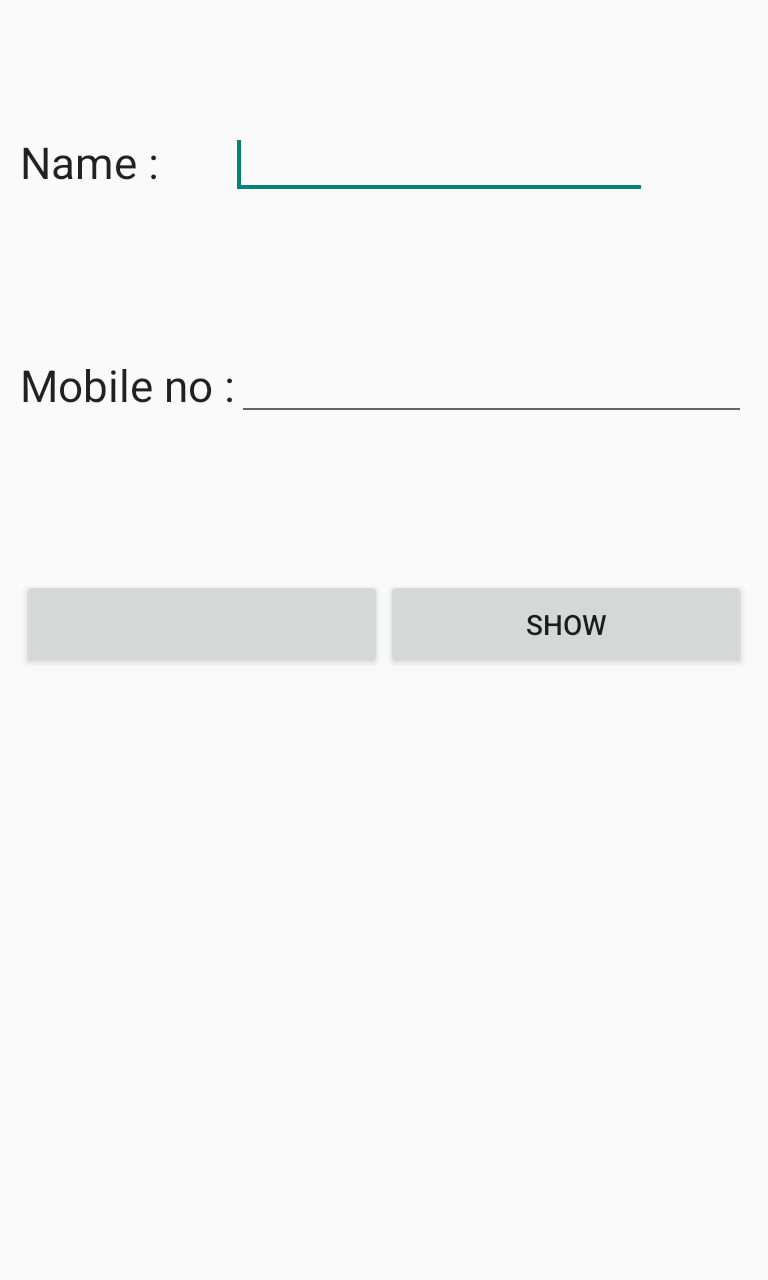
Repository: rajeshmule/Android-Data-Storage-Option
Layout: SharedPreference/res/layout/activity_main2.xml
An editor plug-in stored every save of this project. The layout is shown before and after the next save, followed by the edit.
It is drawn on a 768 x 1280 px phone screen (xhdpi) without system bars, with theme AppTheme; the app's code is not run.

Above is the layout before, as saved 2014-08-22 16:27:28.

### SharedPreference/res/layout/activity_main2.xml
<LinearLayout xmlns:android="http://schemas.android.com/apk/res/android"
    xmlns:tools="http://schemas.android.com/tools"
    android:id="@+id/container"
    android:layout_width="match_parent"
    android:layout_height="match_parent"
    android:orientation="vertical"
    tools:context="com.rajesh.sharedpreference.Main2Activity"
     >

    <LinearLayout
        android:layout_width="wrap_content"
        android:layout_height="wrap_content"
        android:layout_marginBottom="35dp"
        android:layout_marginLeft="10dp"
        android:layout_marginRight="10dp"
        android:layout_marginTop="60dp"
        android:orientation="horizontal" >

        <TextView
            android:id="@+id/textView1"
            android:layout_width="wrap_content"
            android:layout_height="wrap_content"
            android:text="@string/name_fix"
            android:textAppearance="?android:attr/textAppearanceLarge" />

        <EditText
            android:id="@+id/editText1"
            android:layout_width="0dp"
            android:layout_height="wrap_content"
            android:layout_marginLeft="35dp"
            android:layout_weight="1"
            android:ems="10"
            android:inputType="textPersonName" >

            <requestFocus />
        </EditText>
    </LinearLayout>

    <LinearLayout
        android:layout_width="match_parent"
        android:layout_height="wrap_content"
        android:layout_marginBottom="35dp"
        android:layout_marginLeft="10dp"
        android:layout_marginRight="10dp"
        android:layout_marginTop="35dp" >

        <TextView
            android:id="@+id/textView2"
            android:layout_width="wrap_content"
            android:layout_height="wrap_content"
            android:text="@string/Mobile_no_fix"
            android:textAppearance="?android:attr/textAppearanceLarge" />

        <EditText
            android:id="@+id/editText2"
            android:layout_width="0dp"
            android:layout_height="wrap_content"
            android:layout_weight="1"
            android:ems="10"
            android:inputType="number" />
    </LinearLayout>

    <LinearLayout
        android:layout_width="match_parent"
        android:layout_height="wrap_content"
        android:layout_marginLeft="10dp"
        android:layout_marginRight="10dp"
        android:layout_marginTop="40dp" >

        <Button
            android:id="@+id/button1"
            android:layout_width="0dp"
            android:layout_height="wrap_content"
            android:layout_weight="1"
            />

        <Button
            android:id="@+id/button2"
            android:layout_width="0dp"
            android:layout_height="wrap_content"
            android:layout_weight="1"
            android:text="@string/View_fix" />
    </LinearLayout>

</LinearLayout>

### SharedPreference/res/values/strings.xml
<?xml version="1.0" encoding="utf-8"?>
<resources>

    <string name="app_name">Shared Preference</string>
    <string name="hello_world">Hello world!</string>
    <string name="action_settings">Settings</string>
    <string name="title_activity_main2">Main2Activity</string>
    <string name="name_fix">Name :</string>
    <string name="Mobile_no_fix">Mobile no :</string>
    <string name="Save_fix">Save</string>
    <string name="View_fix">Show</string>

</resources>

Loaded but not shown: SharedPreference/res/values/styles.xml (common file); SharedPreference/res/values-v11/styles.xml (common file); SharedPreference/res/values-v14/styles.xml (common file)

After the next save:
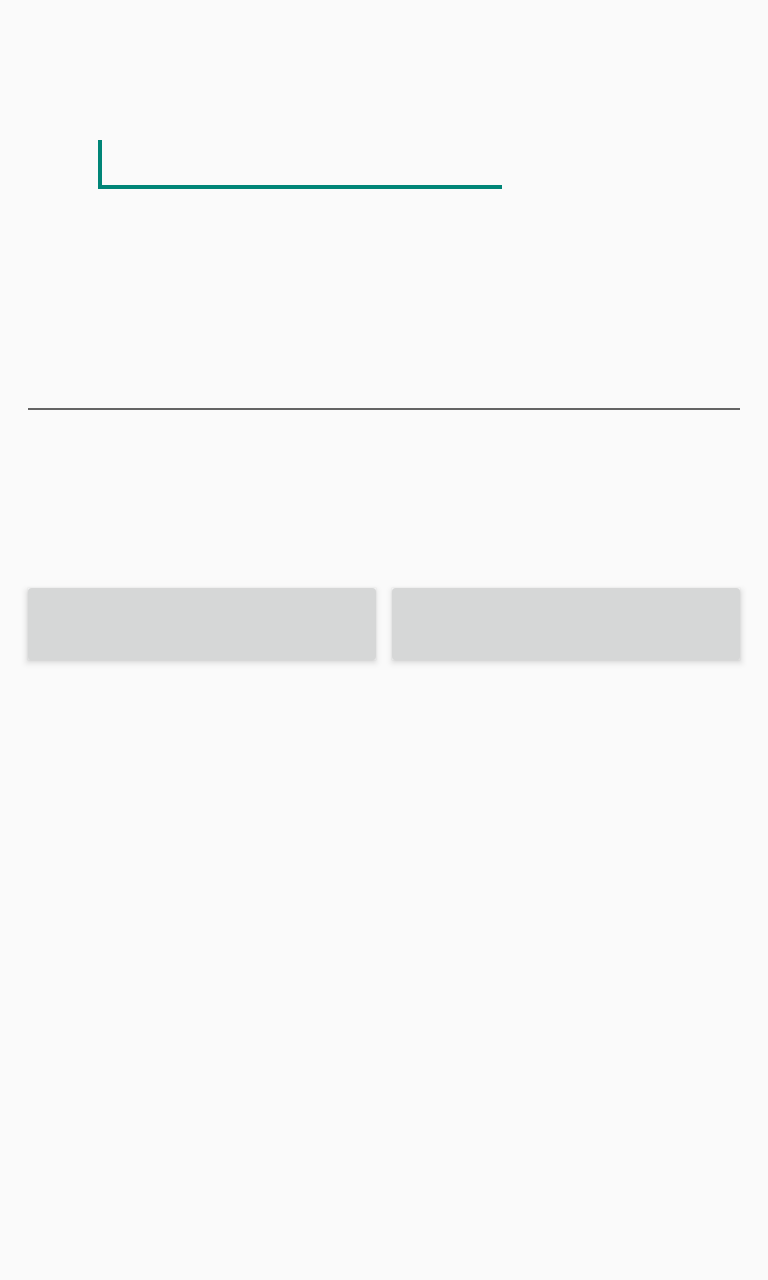
Saved 42 s later.
--- a/SharedPreference/res/layout/activity_main2.xml
+++ b/SharedPreference/res/layout/activity_main2.xml
@@ -20,7 +20,7 @@
             android:id="@+id/textView1"
             android:layout_width="wrap_content"
             android:layout_height="wrap_content"
-            android:text="@string/name_fix"
+
             android:textAppearance="?android:attr/textAppearanceLarge" />
 
         <EditText
@@ -48,7 +48,7 @@
             android:id="@+id/textView2"
             android:layout_width="wrap_content"
             android:layout_height="wrap_content"
-            android:text="@string/Mobile_no_fix"
+
             android:textAppearance="?android:attr/textAppearanceLarge" />
 
         <EditText
@@ -79,7 +79,7 @@
             android:layout_width="0dp"
             android:layout_height="wrap_content"
             android:layout_weight="1"
-            android:text="@string/View_fix" />
+            />
     </LinearLayout>
 
 </LinearLayout>
